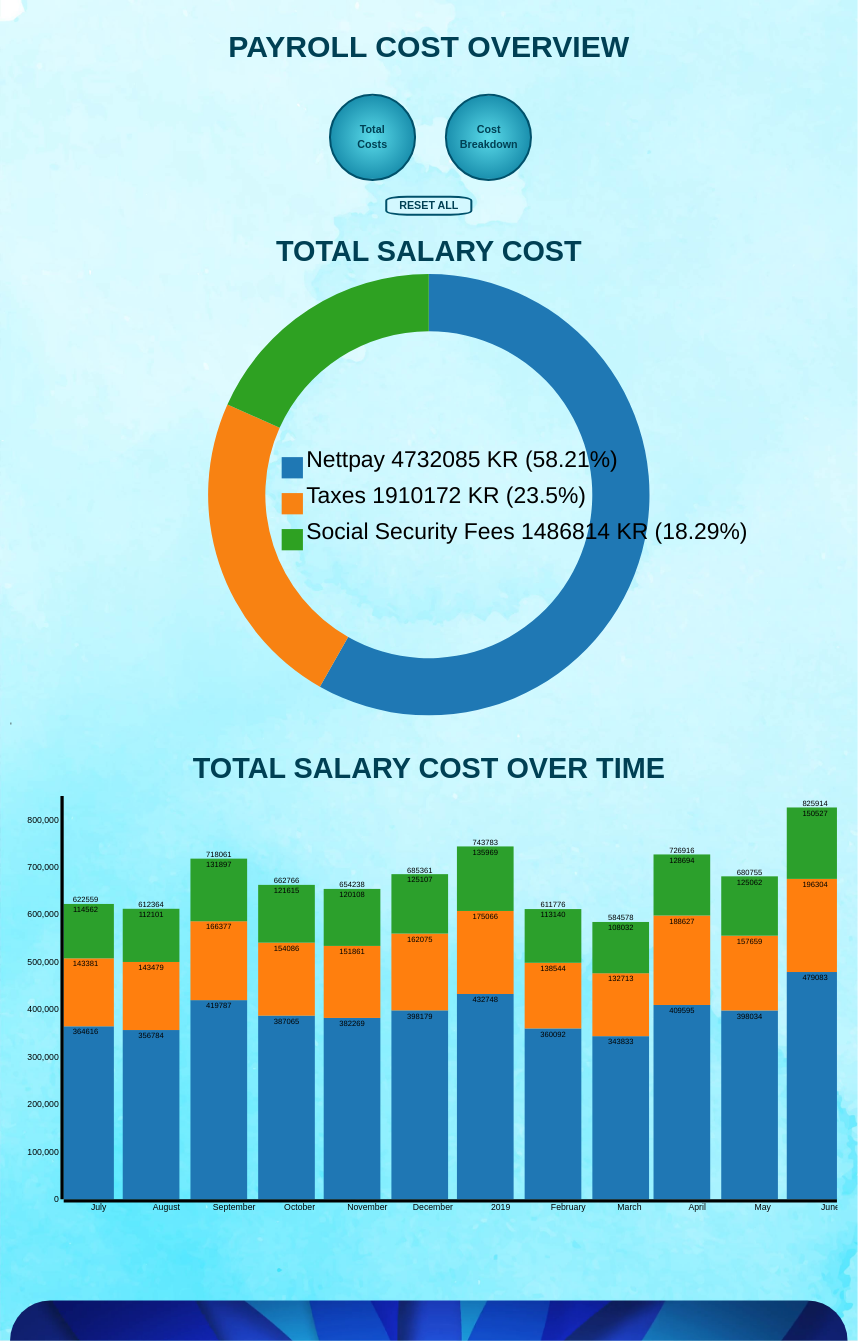
Repository: Code-Institute-Submissions/danfiliphoff-Milestoneproject-2
Page: total_cost.html
The author's editor kept a record of every edit. The page is drawn from the files as they stood at one moment, then again after the next edit.
The browser window is 1280 px wide. The pictures show the whole page, at 67% of full size.

Above is the page before.

### total_cost.html
<!DOCTYPE html>
<html lang="en">
<head>
    <meta charset="UTF-8">
    <meta name="viewport" content="width=device-width, initial-scale=1.0">
    <meta http-equiv="X-UA-Compatible" content="ie=edge">
    <title>Payroll Dashboard</title>
    <link rel="stylesheet" href="static/css/style.css" type="text/css" />
    <link rel="stylesheet" href="static/pictures/html_background.jpg" type="image/jpg" />
    <link rel="stylesheet" href="https://stackpath.bootstrapcdn.com/bootstrap/3.3.7/css/bootstrap.min.css" type="text/css" />
</head>

<body id="index-body-size,body-account">
    <div class="container-fluid" id="index-background">
        <header>
            <!--*******Title*********-->
            <div >
                <div class="row">
                    <h1 class="col-md-12 paddingtitle">
                        <a href="index.html">
                            <span class="title">Payroll Cost Overview</span>
                            <br>
                        </a>
                    </h1>
                </div>
            </div>
        </header>
        <div class = "body-account">
            <!--****** Navigation Buttons******-->
            <div class="mobile" id="indexcontent">
                <div class="row" id="center-btn">
                    <div class="col-md-12">
                        <form class="navigation-link-inline" action="total_cost.html" method="get">
                            <button class="mainbutton">
                                <span>Total<br> Costs</span>
                            </button>
                        </form>
                        <form class="navigation-link-inline" action="account.html" method="get">
                            <button class="mainbutton">
                                <span>Cost Breakdown</span>
                            </button>
                        </form>
                    </div>
                </div>
            </div>
            <!--*****Reset All Button******-->
            <div class="row">
                <div class="col-md-12">
                    <button type="button" class="btn btn-default">
                        <a href="javascript:dc.filterAll(); dc.renderAll();">Reset All</a>
                    </button>
                </div>
            </div>
            <!--*****Graphs******-->
            <div class="container">
                <!--*****Pie Chart******-->
                <div class="row">
                    <section class="col-md-12">
                        <h2 class="h2-chart-heading">TOTAL SALARY COST</h2>
                        <div id="total-cost-pie-chart"></div>
                    </section>  '
                </div>
                <!--*****Bar Chart******-->
                <div class="row">
                    <section class="col-md-12">
                        <h2 class="h2-chart-heading">TOTAL SALARY COST OVER TIME</h2>
                        <div id="total-cost-stacked-bar-chart"></div>
                    </section>
                </div>
            </div>
        </div>
        <!--****** Footer******-->
        <footer class="container-fluid footer-pinned">
            <div class="row footerbackgrund">
            </div>
        </footer>
    </div>
<script src="https://ajax.googleapis.com/ajax/libs/jquery/3.3.1/jquery.min.js"></script>
<script src="https://maxcdn.bootstrapcdn.com/bootstrap/3.4.0/js/bootstrap.min.js"></script>
<script src="static/js/library_js/d3.min.js"></script>
<script src="static/js/library_js/d3-time-format.v2.min.js"></script>
<script src="static/js/library_js/crossfilter.min.js"></script>
<script src="static/js/library_js/dc.min.js"></script>
<script src="static/js/library_js/queue.min.js"></script>
<script src="static/js/total_cost.js"></script>
</body>
</html>

### static/css/style.css
/*--------HEADER-------*/
.paddingtitle{
    padding-top:25px;
    text-align: center;
}

.title {
    font-family: "Nunito", Arial;
    font-weight: 800;
    font-size: 45px;
    line-height: 50px;
    text-transform: uppercase;
    color:#004054;
    text-decoration: none !important;
    top: 0.5%;
    position: relative;
}

/*--------Index-------*/
#index-body-size{
    position: fixed;
    height: 100%;
    width: 100%;
    margin-top: -27px;
    margin-left: 0px;
}
#indexcontent{
    text-align: center;
    margin-top: 1%;
}

#welcome-text{
    max-width: 100px;
}

/*--------Navigation buttons-------*/
#center-btn{
    margin-right: 20px;
}

.mainbutton{
    border-radius: 50%;
    color: #004054;
    background: radial-gradient(#5adae9, #017296);
    height: 130px;
    width: 130px;
    font-family: "Nunito", Arial;
    font-weight: 800;
    font-size:16px;
    border: 3px solid #00516b;
    transition: all 0.5s;
    cursor: pointer;
    text-align: center;
    margin-bottom: 22px;
    margin-top: 22px;
    margin-left: 40px;
}

.mainbutton:hover{
  box-shadow: 0 12px 16px 0 rgba(0,0,0,0.24), 0 17px 50px 0 rgba(0,0,0,0.19);
}

.mainbutton span{
  cursor: pointer;
  display: inline-block;
  position: relative;
  transition: 0.5s;
}

.mainbutton span:after{
  content: '\00bb';
  position: absolute;
  opacity: 0;
  top: 0;
  right: -20px;
  transition: 0.5s;
}

.mainbutton:hover span{
  padding-right: 25px;
}

.mainbutton:hover span:after{
  opacity: 1;
  right: 0;
}

.navigation-link-inline{
    display: inline;
}


/*--------GENERAL-------*/

.navbar-fixed-bottom{
    margin-left: 20px;
    margin-right:24px;
}
#index-background{
    position: relative;
    background-repeat:no-repeat;
    background-size:cover;
    background-image: url("../pictures/html_background.jpg");
    height: 107%;
    width: 100%;
}

.body-account{
    padding-bottom:60px;
    height: 100%;
}

.h2-chart-heading{
  font-family: "Nunito", Arial;
  font-weight: 700;
  font-size:  43px;
  color:#004054;
  text-align: center;
  margin-top: 30px;
}

.topic-text{
  font-family: "Nunito", Arial;
  color:black;
  font-size: 13px;
  text-decoration: none!important;
  text-align: justify;
  max-width: 203px;
  margin: 0 auto;
}

.container{
    width: 100% !important;
}

.h2-chart-heading{
    text-align: center;
}

/*--------------SELECTORS AND DROPDOWNS -------------------*/
#salary-type-selector > select,
#index-background > div > div.container > div:nth-child(2) > div > button,
#index-background > div > div.row > div > button
{
    font-family: "Nunito", Arial;
    font-size: 16px;
    background-color: inherit;
    height: 30px;
    width: 130px;
    font-weight: 800;
    border: 3px solid #00516b;
    text-align: center;
}

#salary-type-selector > select,button, input, select, textarea,
#index-background > div > div.container > div:nth-child(2) > div > button,
#index-background > div > div.row > div > button{
    background-color: #D3F8FF;
    border-radius: 25%;
    text-align: center;
}

#index-background > div > div.container > div:nth-child(2) > div > button > a,
#index-background > div > div.row > div > button > a{
    text-transform: uppercase;
}

#index-background > div > div.container > div:nth-child(2) > div > button{
    margin-top:10px!important;
}

.btn-default{
    padding-top:1px!important;
}

#salary-type-selector > select > option:nth-child(1){
    text-transform: uppercase;
}

/*--------------GRAPHS AND CHARTS GENERAL  -------------------*/
/*below make sures that line grap renders as a line and not as an area*/
.line {
         fill: none;
         stroke: #004054;
         stroke-width: 6px;
         }

#Cost-Per-Type > svg,
#Cost-Over-Time > svg,
#cost-per-account > svg,
#total-cost-stacked-bar-chart > svg,
#salary-type-selector > select,
#index-background > div > div.container > div:nth-child(2) > div > button,
#index-background > div > div.row > div > button{
    display:block;
    margin:auto;
}

#Cost-Over-Time > svg > g > g.axis.y,
#Cost-Over-Time > svg > g > g.axis.x,
#cost-per-account > svg >.dc-legend,
#total-cost-stacked-bar-chart > svg > g > g.axis.y,
#total-cost-stacked-bar-chart > svg > g > g.axis.x,
#salary-type-selector > select,button, input, select, textarea,
#salary-type-selector > select > option,
#index-background > div > div.container > div:nth-child(2) > div > button > a,
#index-background > div > div.row > div > button > a{
    font-family: "Nunito", Arial;
    font-size: 16px;
    color:#004054;
}

/*--------------GRAPHS AND CHARTS SPECIFIC-------------------*/
#Cost-Per-Type
 .axis.y { display: none;
 }

#Cost-Per-Type > svg > g > g.axis.x > g > text{
    text-anchor: end !important;
}

#cost-per-account > svg >.dc-legend{
    text-transform: uppercase;
}

#Cost-Over-Time > svg > g > g.axis.x {
    font-size: 13.5px;
}

#Cost-Over-Time > svg > g > g.axis.x > g > text{
    transform:rotate(-35deg);
    margin-top: 30px;
    text-anchor: end !important;
}

#Cost-Over-Time > svg{
    overflow: visible;
}

#Cost-Over-Time > svg > g > g.axis.x > g:nth-child(2){
    margin-top: 10px;
}


/*--------------FOOTER-------------------*/

.footerbackgrund{
  bottom: 0;
  margin-top: 50px;
  border-radius: 170px 170px 0px 0px;
  background-repeat:no-repeat;
  background-size:cover;
  background-image: url("../pictures/footerbackground.jpg");
  height: 60px;
}


/*-------------MEDIA QUERYS-----------*/
@media  (min-width: 0px) and (max-width: 426px){
    .title{
        font-weight: 800;
        font-size: 24px;
        line-height: 40px;
        padding-top: 20px;
    }

    .h2-chart-heading{
        font-size:  25px;
    }
}

@media (max-width: 320px){
   .topic-text{
        font-size: 12px;
    }
}


@media (max-width: 404px){
    .mainbutton{
        height: 85px;
        width: 85px;
        font-size: 11px;
    }
}

@media  (min-width: 427px) and (max-width: 768px) {
    .title {
        font-weight: 800;
        font-size: 35px;
        line-height: 30px;
        padding-top: 20px;
    }

    .h2-chart-heading{
        font-size:  30px;
    }
}


@media (min-width: 768px){

    .topic-text{
        font-size: 15px;
        max-width: 295px;
    }

    #index-body-size{
    margin-top: -31px;
    }

   .navbar-fixed-bottom {
    margin-bottom: -25px;
    }
}

### static/js/total_cost.js
queue()
    .defer(d3.csv, "data/total_cost.csv")
    .await(makeTotalCostGraps);

function makeTotalCostGraps(error, totalCost){

    var parseDate = d3.time.format("%Y-%m-%d").parse;
        totalCost.forEach(function(d){
            d.PaymentDate = parseDate(d.PaymentDate);
        });

   var ndx=crossfilter(totalCost);
   makePie(ndx);
   StackedBarChartTotalCost(ndx);
   dc.renderAll();
}

function StackedBarChartTotalCost(ndx){
    var payment_date_dim_bar = ndx.dimension(dc.pluck("PaymentDate"));
    var minDate = payment_date_dim_bar.bottom(1)[0].PaymentDate;
    var maxDate = payment_date_dim_bar.top(1)[0].PaymentDate;
    var NettpayByMonth = payment_date_dim_bar.group().reduceSum(function (d) {
            if (d.Type === 'Nettpay') {
                return +d.Sum;
            } else {
                return 0;
            }
        });

    var TaxesByMonth = payment_date_dim_bar.group().reduceSum(function (d) {
            if (d.Type === 'Taxes') {
                return +d.Sum;
            } else {
                return 0;
            }
        });

    var SocialSecurityFeesByMonth = payment_date_dim_bar.group().reduceSum(function (d) {
            if (d.Type === 'Social Security Fees') {
                return +d.Sum;
            } else {
                return 0;
            }
        });

    dc.barChart('#total-cost-stacked-bar-chart')
            .width(1500)
            .height(800)
            .useViewBoxResizing(true)
            .margins({top: 10, left: 80, right: 1, bottom: 50})
            .dimension(payment_date_dim_bar)
            .group(NettpayByMonth, "Nettpay")
            .stack(TaxesByMonth, "Taxes")
            .stack(SocialSecurityFeesByMonth, "Sociala")
            .renderLabel(true)
            .elasticX(true)
            .xAxisPadding(10)
            .gap(15)
            .centerBar(true)
            .x(d3.time.scale().domain([minDate,maxDate]))
            .xUnits(d3.time.months)
            .y(d3.scale.linear().domain([0, 850000]))
            .on('renderlet', function (chart) {
                //Check if labels exist
                var gLabels = chart.select(".labels");
                if (gLabels.empty()){
                    gLabels = chart.select(".chart-body").append('g').classed('labels', true);
                }
                var gLabelsData = gLabels.selectAll("text").data(chart.selectAll(".bar")[0]);
                gLabelsData.exit().remove(); //Remove unused elements
                gLabelsData.enter().append("text"); //Add new elements
                gLabelsData
                .attr('text-anchor', 'middle')
                .attr('fill', 'black')
                .text(function(d){
                    text_object =  d3.select(d).datum().y
                    console.log(text_object)
                    return text_object
                })
                .attr('x', function(d){
                    return +d.getAttribute('x') + (d.getAttribute('width')/2);
                })
                .attr('y', function(d){ return +d.getAttribute('y') + 15; })
                .attr('style', function(d){
                    if (+d.getAttribute('height') < 18) return "display:none";
                });

            });
}

function makePie(ndx) {
    var type_dim = ndx.dimension(dc.pluck("Type"));
    var total_cost_pie_chart = type_dim.group().reduceSum(dc.pluck('Sum'));

    dc.pieChart('#total-cost-pie-chart')
        .height(270)
        .width(500)
        .radius(200)
        .useViewBoxResizing(true)
        .innerRadius(100)
        .transitionDuration(1500)
        .dimension(type_dim)
        .group(total_cost_pie_chart)
        .legend(dc.legend()
            .x(160)
            .y(112)
            .itemHeight(13)
            .gap(9)
            .legendText(function(d){return d.name + " " + d.data + " " + "KR (" +  Math.round((d.data/(8129071/100))*100)/100 + "%)"}))
        .renderLabel(false)
        .ordinalColors(['#1f78b4', '#F88212', '#2EA122']);
}

Loaded but not shown: static/js/library_js/d3.min.js (library); static/js/library_js/d3-time-format.v2.min.js (library); static/js/library_js/crossfilter.min.js (library); static/js/library_js/dc.min.js (library); static/js/library_js/queue.min.js (common file)

After the next edit:
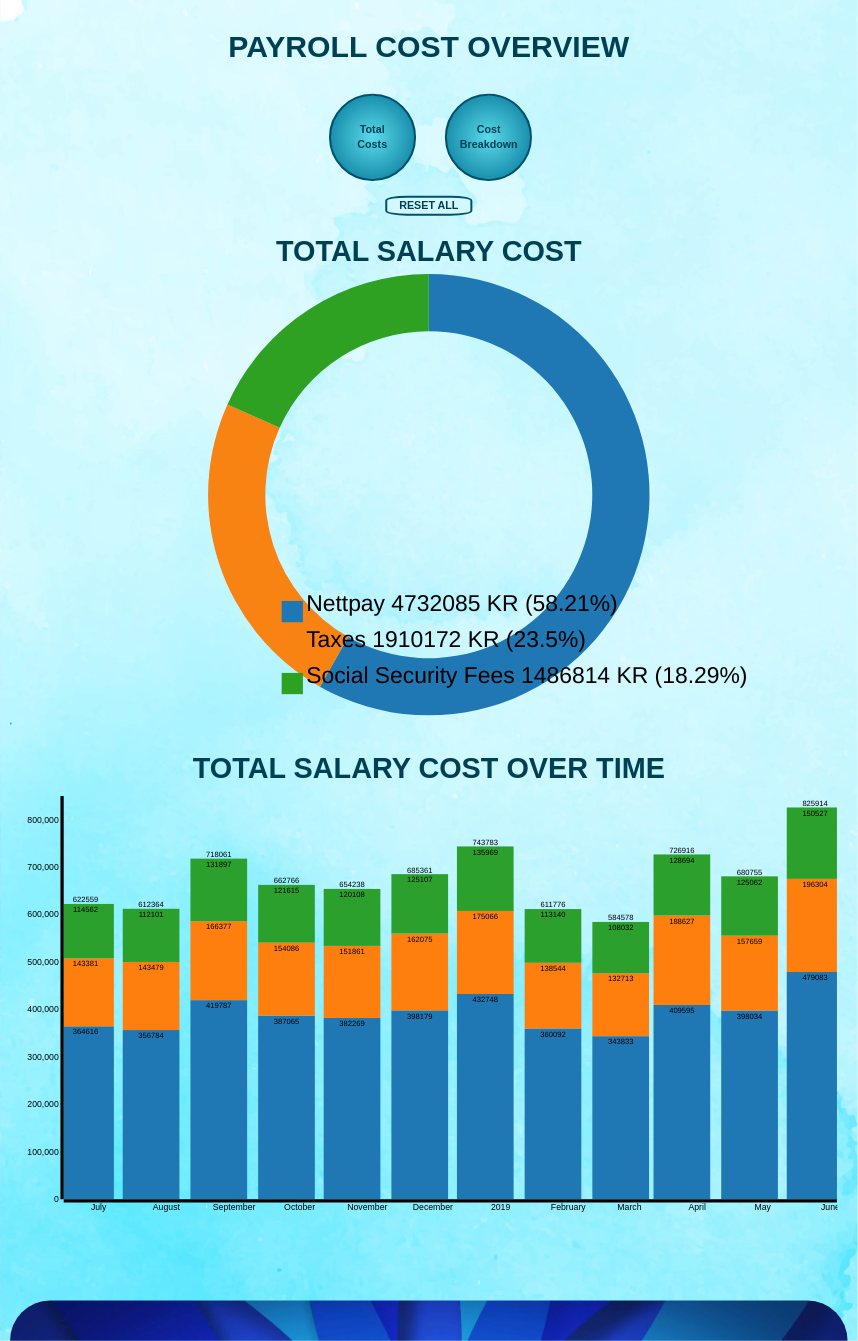
The edit:
--- a/static/js/total_cost.js
+++ b/static/js/total_cost.js
@@ -103,7 +103,7 @@ function makePie(ndx) {
         .group(total_cost_pie_chart)
         .legend(dc.legend()
             .x(160)
-            .y(112)
+            .y(200)
             .itemHeight(13)
             .gap(9)
             .legendText(function(d){return d.name + " " + d.data + " " + "KR (" +  Math.round((d.data/(8129071/100))*100)/100 + "%)"}))
